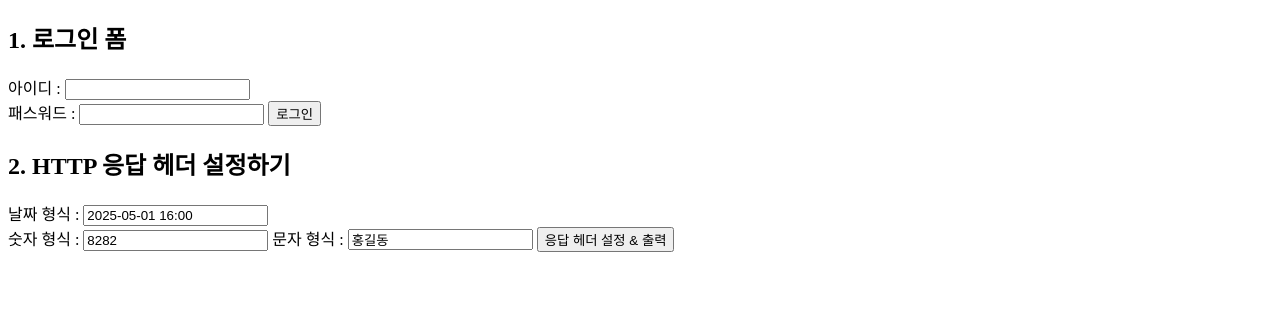
Repository: iamstudybox00/JSP_Servlet
Page: http://localhost/MustHaveJSP/02ImplicitObject/ResponseMain.jsp
The author's editor kept a copy of each file at every save. The page is drawn from the files as they stood at one save, then again after the next save.
The browser window is 1280 px wide. The pictures show the whole page.
The page is served by Tomcat 10.

Above is the page before, as saved 2025-05-02 07:17:54.

After the next save:
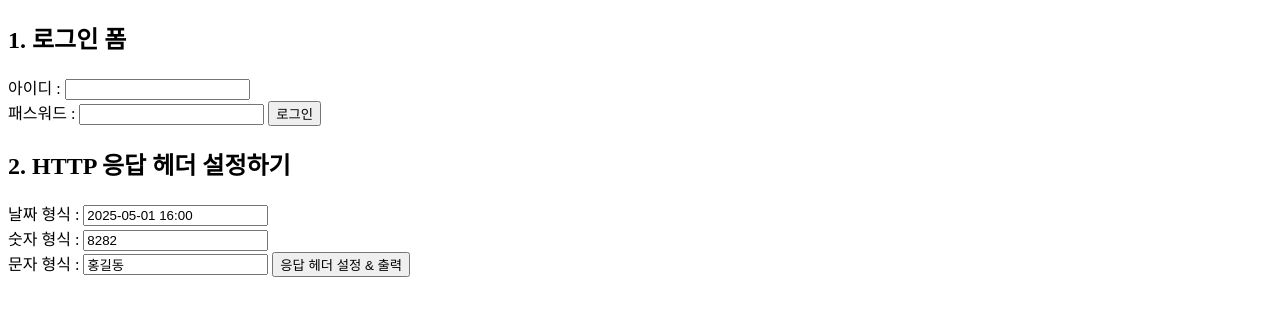
Saved 5 s later.
--- a/MustHaveJSP/src/main/webapp/02ImplicitObject/ResponseMain.jsp
+++ b/MustHaveJSP/src/main/webapp/02ImplicitObject/ResponseMain.jsp
@@ -23,7 +23,7 @@
 		<h2>2. HTTP 응답 헤더 설정하기</h2>
 		<form action="./ResponseHeader.jsp" method="get">
 			날짜 형식 : <input type="text" name="add_date" value="2025-05-01 16:00" /><br/>
-			숫자 형식 : <input type="text" name="add_int" value="8282" />
+			숫자 형식 : <input type="text" name="add_int" value="8282" /><br/>
 			문자 형식 : <input type="text" name="add_str" value="홍길동" />
 			<input type="submit" value="응답 헤더 설정 & 출력" />
 		</form>
